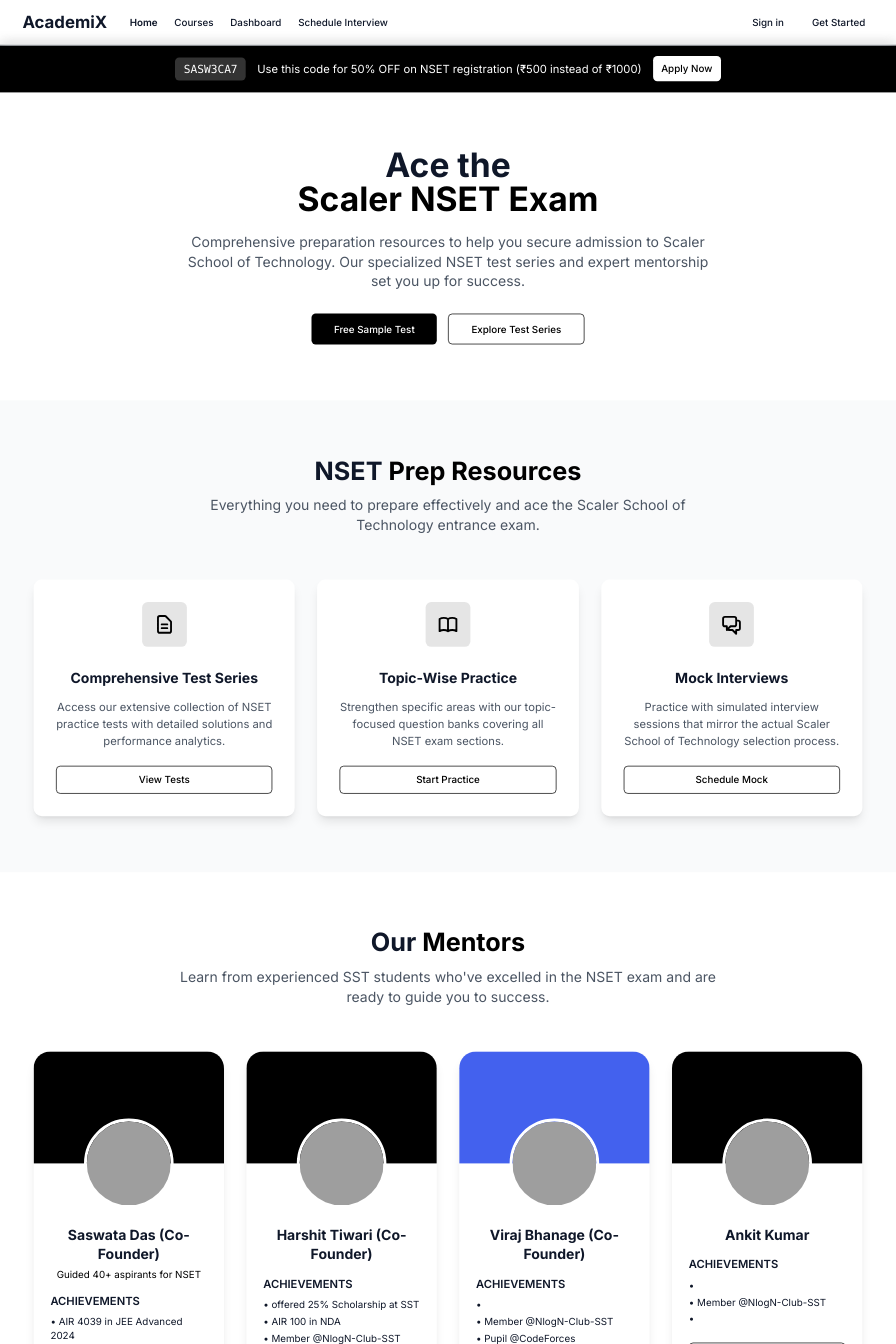
Repository: techSaswata/Nebula
Page: /
An editor plug-in stored every save of this project. The page is shown before and after the next save, followed by the edit.
The browser window is 1280 px wide. The pictures show the part of the page from y = 0 to 1920 px (the page is 2838 px tall), at 70% of full size.
Pictures or frames that could not be fetched are drawn as grey boxes. The page's requests for data from a server got no answer. The project was rebuilt for these pictures with package versions that can differ from the ones it lists, and the page was loaded fresh each time. The framework's server and built-in components were replaced by stand-ins that run in the browser. No one was signed in, and anything a server would have sent is missing. Also part of the build but not shown: next.config.js, next.config.ts, src/components/ui/dropdown-menu.tsx.

Above is the page before, as saved 2025-03-25 18:20:30.

After the next save:
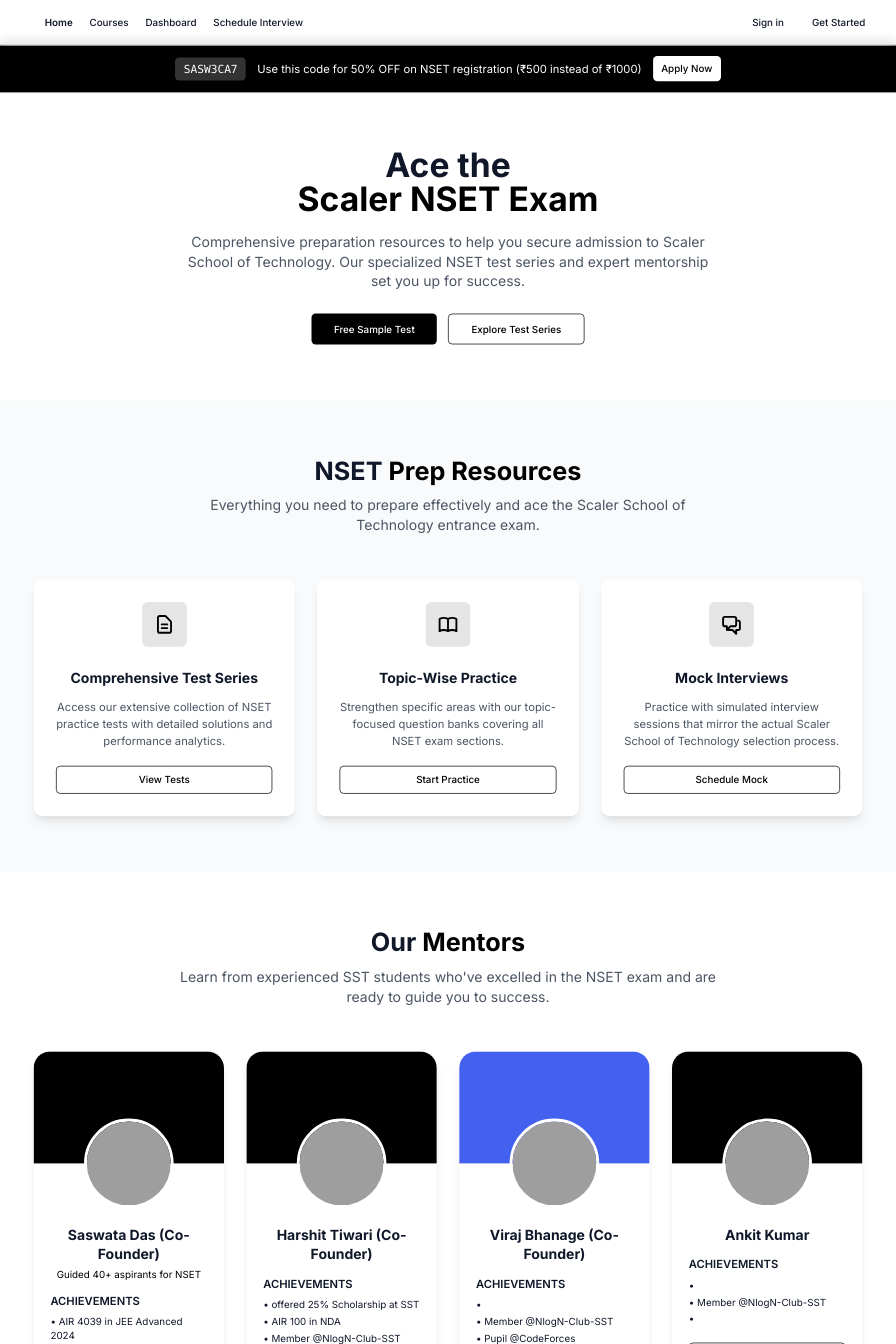
Saved 26 s later.
--- a/src/components/shared/Navbar.tsx
+++ b/src/components/shared/Navbar.tsx
@@ -46,7 +46,7 @@
           className="mr-8 flex items-center space-x-2 group"
         >
           <span className="text-2xl font-bold text-primary transition-all group-hover:text-primary/80">
-            AcademiX
+            {/* AcademiX */}
           </span>
         </Link>
 
